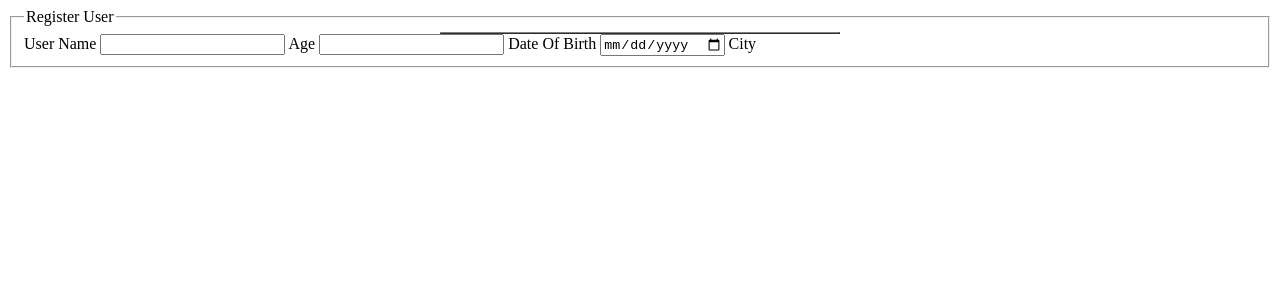
Repository: rcpanda15594/JavaScript_Project
Page: HTMLJAVASCRIPT/WebContent/NewFile.html
The author's editor kept a copy of each file at every save. The page is drawn from the files as they stood at one save, then again after the next save.
The browser window is 1280 px wide. The pictures show the whole page.

Above is the page before, as saved 2018-03-21 04:39:48.

After the next save:
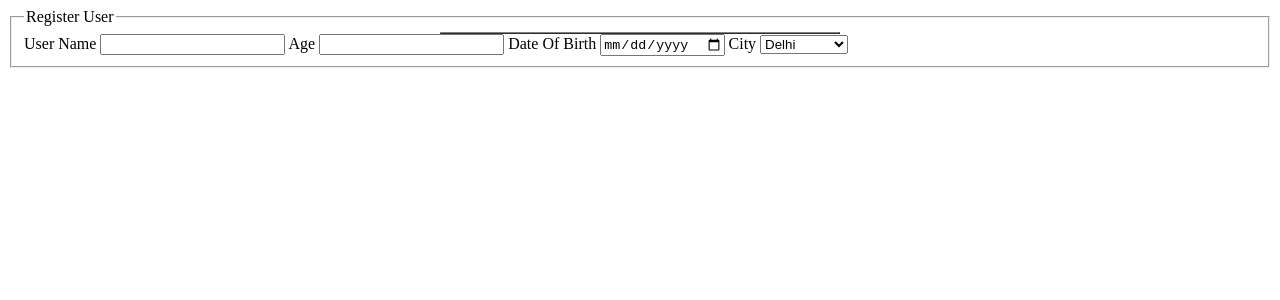
Saved 2 min 50 s later.
--- a/HTMLJAVASCRIPT/WebContent/NewFile.html
+++ b/HTMLJAVASCRIPT/WebContent/NewFile.html
@@ -49,7 +49,11 @@ if(male.checked){
 </tr>
 <tr>
 <td>City</td>
-<td>
+<td><select id="1stcity">
+<option value="Delhi">Delhi</option>
+<option value="Hyd">Hyderabad</option>
+<option value="Mum">Mumbai</option>
+</select>
 </td>
 </tr>
 
